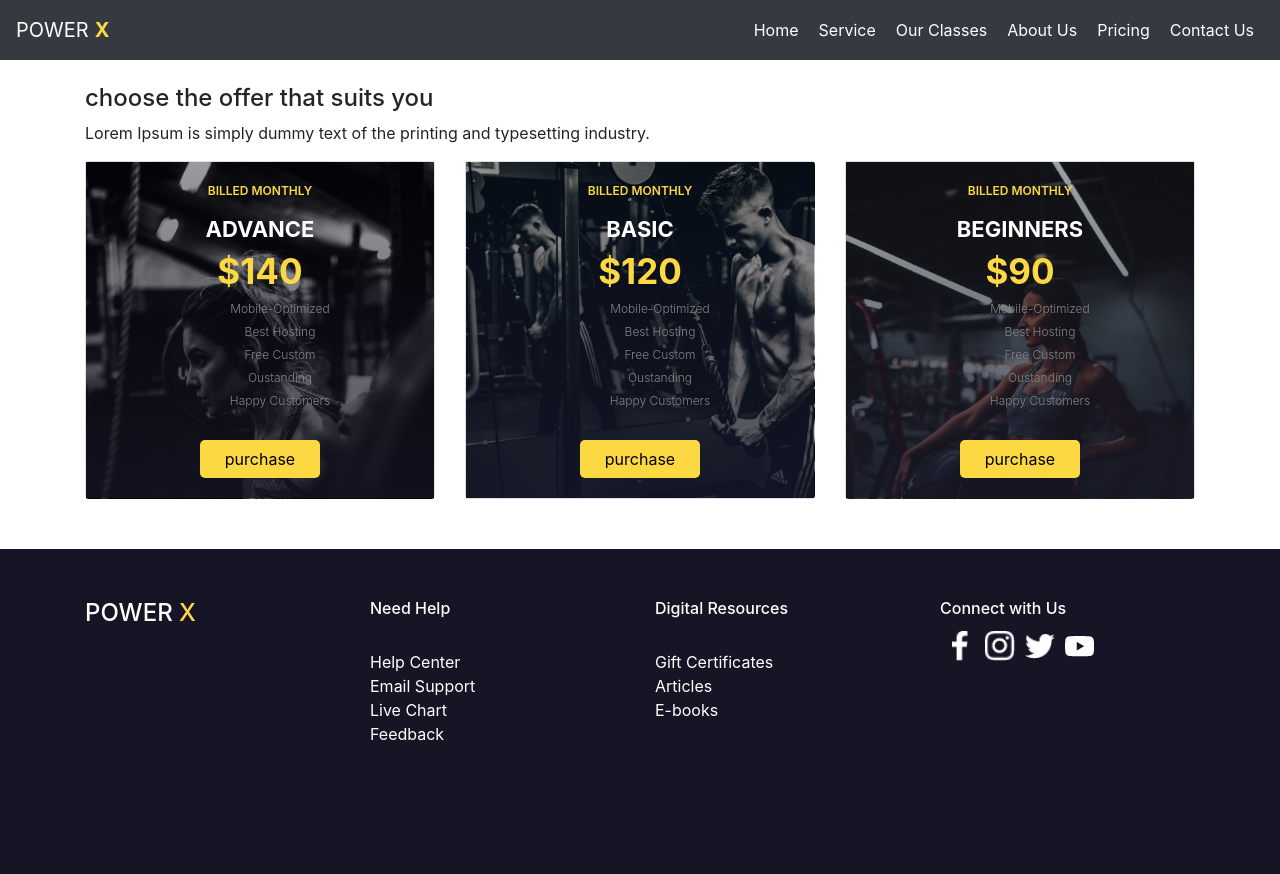
Repository: arif286/power-x-gym
Page: /pricing
An editor plug-in stored every save of this project. The page is shown before and after the next save, followed by the edit.
The browser window is 1280 px wide. The pictures show the whole page.
The project was rebuilt for these pictures with package versions that can differ from the ones it lists, and the page was loaded fresh each time. Also part of the build but not shown: src/components/Classes/Classes.js, src/components/About/About.js, src/components/ChooseUs/ChooseUs.js, src/components/Programs/Programs.css, src/components/Programs/Programs.js, src/components/WorkOut/WorkOut.css, src/components/WorkOut/WorkOut.js, src/components/Home/Home.js.

Above is the page before, as saved 2021-04-07 23:55:23.

### src/index.js
import React from 'react';
import ReactDOM from 'react-dom';
import App from './App';
import "./index.css";
import reportWebVitals from './reportWebVitals';
ReactDOM.render(
  <React.StrictMode>
    <App />
  </React.StrictMode>,
  document.getElementById('root')
);

// If you want to start measuring performance in your app, pass a function
// to log results (for example: reportWebVitals(console.log))
// or send to an analytics endpoint. Learn more: https://bit.ly/CRA-vitals
reportWebVitals();

### src/App.js
import "bootstrap/dist/css/bootstrap.min.css";
import React from 'react';
import { BrowserRouter as Router, Route, Switch } from "react-router-dom";
import Classes from "./components/Classes/Classes";
import Footer from "./components/Footer/Footer";
import Header from './components/Header/Header';
import Home from './components/Home/Home';
import PricingPlan from "./components/PricingPlan/PricingPlan";
function App() {
  return (
    <div>
      <Router>
        <Header />
        <Switch>
          <Route path="/home">
            <Home />
          </Route>
          <Route path="/classes">
            <Classes/>
          </Route>
          <Route path='/pricing'>
            <PricingPlan/>
          </Route>
          <Route exact path="/">
            <Home />
          </Route>
        </Switch>
        <Footer />
      </Router>
    </div>
  );
}

export default App;

### src/components/Footer/Footer.js
import React from "react";
import { Col, Container, Row } from "react-bootstrap";
import { NavLink } from "react-router-dom";
import Facebook from "../../power-x-gym/Image & Icon/bxl-facebook.png";
import Instagram from "../../power-x-gym/Image & Icon/bxl-instagram.png";
import Twitter from "../../power-x-gym/Image & Icon/bxl-twitter.png";
import YouTube from "../../power-x-gym/Image & Icon/bxl-youtube.png";
import "./Footer.css";
const Footer = () => {
  return (
    <footer>
      <Container>
        <Row className="footer-title">
          <Col xs={12} sm={6} md={3} className="pb-5">
            <h4 style={{ color: "white" }}>
              POWER <span style={{ color: "#fcd842" }}>X</span>
            </h4>
          </Col>
          <Col xs={12} sm={6} md={3} className="pb-5">
            <h6>Need Help</h6>
            <ul className="footer-link">
              <li>
                <NavLink className="company-list" to="/">
                  Help Center
                </NavLink>
              </li>
              <li>
                <NavLink className="company-list" to="/">
                  {" "}
                  Email Support
                </NavLink>
              </li>
              <li>
                <NavLink className="company-list" to="/">
                  Live Chart
                </NavLink>
              </li>
              <li>
                <NavLink className="company-list" to="/">
                  Feedback
                </NavLink>
              </li>
            </ul>
          </Col>
          <Col xs={12} sm={6} md={3} className="pb-5">
            <h6>Digital Resources</h6>
            <ul className="footer-link">
              <li>
                <NavLink className="company-list" to="/">
                  Gift Certificates
                </NavLink>
              </li>
              <li>
                <NavLink className="company-list" to="/">
                  Articles
                </NavLink>
              </li>
              <li>
                <NavLink className="company-list" to="/">
                  E-books
                </NavLink>
              </li>
            </ul>
          </Col>
          <Col xs={12} sm={6} md={3} className="pb-5">
            <h6>Connect with Us</h6>
            <div className="social-link">
              <p>
                <a href="/">
                  <img className="social-img" src={Facebook} alt="" />
                </a>
              </p>
              <p className="social-link">
                <a href="/">
                  <img className="social-img" src={Instagram} alt="" />
                </a>
              </p>
              <p>
                <a href="/">
                  <img className="social-img" src={Twitter} alt="" />
                </a>
              </p>
              <p>
                <a href="/">
                  <img className="social-img" src={YouTube} alt="" />
                </a>
              </p>
            </div>
          </Col>
        </Row>
      </Container>
    </footer>
  );
};

export default Footer;

### src/components/Header/Header.js
import React from "react";
import { Nav, Navbar } from "react-bootstrap";
import { NavLink } from "react-router-dom";
import './Header.css';
const Header = () => {
  return (
    <div>
      <Navbar bg="dark" variant="dark" expand="lg">
        <Navbar.Brand href="#home">
          POWER
          <span
            style={{ color: "#FCD842", marginLeft: "6px", fontWeight: 700 }}
          >
            X
          </span>
        </Navbar.Brand>
        <Navbar.Toggle aria-controls="basic-navbar-nav" />
        <Navbar.Collapse id="basic-navbar-nav">
          <Nav className="ml-auto">
            <NavLink className="header-link" to="/home">
              Home
            </NavLink>
            <NavLink className="header-link" to="#features">
              Service
            </NavLink>
            <NavLink className="header-link" to="/classes">
              Our Classes
            </NavLink>
            <NavLink className="header-link" to="/features">
              About Us
            </NavLink>
            <NavLink className="header-link" to="/pricing">
              Pricing
            </NavLink>
            <NavLink className="header-link" to="/pricing">
              Contact Us
            </NavLink>
          </Nav>
        </Navbar.Collapse>
      </Navbar>
      <br />
    </div>
  );
};

export default Header;

### src/components/PricingPlan/PricingPlan.js
import React from "react";
import { Card, Col, Container, Row } from "react-bootstrap";
import './PricingPlan.css';

const PricingPlan = () => {
  return (
    <Container>
      <h4>choose the offer that suits you</h4>
      <p>
        Lorem Ipsum is simply dummy text of the printing and typesetting
        industry.
      </p>
      <Row className="row-cols-1 row-cols-sm-3">
        <Col>
          <Card className="advance-plan price-card">
            <Card.Body>
              <p>billed monthly</p>
              <h6>advance</h6>
              <h6 style={{ color: "#fcd842", fontSize: "35px" }}>$140</h6>
              <ul className="price-plan">
                <li>Mobile-Optimized</li>
                <li>Best Hosting</li>
                <li>Free Custom</li>
                <li>Oustanding</li>
                <li>Happy Customers</li>
              </ul>
              <button className="purchase-btn">purchase</button>
            </Card.Body>
          </Card>
        </Col>
        <Col>
          <Card className="basic-plan price-card">
            <Card.Body>
              <p>billed monthly</p>
              <h6>basic</h6>
              <h6 style={{ color: "#fcd842", fontSize: "35px" }}>$120</h6>
              <ul className="price-plan">
                <li>Mobile-Optimized</li>
                <li>Best Hosting</li>
                <li>Free Custom</li>
                <li>Oustanding</li>
                <li>Happy Customers</li>
              </ul>
              <button className="purchase-btn">purchase</button>
            </Card.Body>
          </Card>
        </Col>
        <Col>
          <Card className="beginner-plan price-card">
            <Card.Body>
              <p>billed monthly</p>
              <h6>beginners</h6>
              <h6 style={{ color: "#fcd842", fontSize: "35px" }}>$90</h6>
              <ul className="price-plan">
                <li>Mobile-Optimized</li>
                <li>Best Hosting</li>
                <li>Free Custom</li>
                <li>Oustanding</li>
                <li>Happy Customers</li>
              </ul>
              <button className="purchase-btn">purchase</button>
            </Card.Body>
          </Card>
        </Col>
      </Row>
    </Container>
  );
};

export default PricingPlan;

### src/components/Footer/Footer.css
footer {
  background-color: #171426;
  padding-top: 50px;
  padding-bottom: 80px;
  margin-top: 50px;
}
.footer-link {
  list-style: none;
  display: inline;
}
.company-list {
  text-decoration: none;
  color: white;
}
.company-list:hover {
  color: hotpink;
  text-decoration: none;
}
.social-link {
  display: flex;
}

.social-img {
  width: 30px;
  height: 30px;
  object-fit: contain;
}

.social-link p {
  padding: 5px;
  display: inline;
}

.social-link p a img:hover {
  background-color: #257cc3;
}
.footer-title h6 {
  color: white;
}

### src/components/Header/Header.css
.header-link {
  text-decoration: none !important;
  color: white;
  padding: 10px;
}
.header-link:hover {
  color: gray;
}

### src/components/PricingPlan/PricingPlan.css
.advance-plan {
  background-image: linear-gradient(#0708115e, #151626c4),
    url("../../power-x-gym/Image & Icon/hipcravo-5UbIqV58CW8-unsplash.jpg");
  background-repeat: no-repeat;
  background-size: cover;
}
.basic-plan {
  background-image: linear-gradient(#0708115e, #151626c4),
    url("../../power-x-gym/Image & Icon/daniel-apodaca-WdoQio6HPVA-unsplash.jpg");
  background-repeat: no-repeat;
  background-size: cover;
}
.beginner-plan {
  background-image: linear-gradient(#0708115e, #151626c4),
    url("../../power-x-gym/Image & Icon/penguinuhh-8VI6WwEEEHw-unsplash.jpg");
  background-repeat: no-repeat;
  background-size: cover;
}
.price-card {
  text-align: center;
}
.price-card p {
  color: #fcd842;
  text-transform: uppercase;
  font-size: 12px;
  font-weight: 600;
}

.price-card h6 {
  color: white;
  text-transform: uppercase;
  font-weight: 700;
  font-size: 22px;
}
.price-plan {
  list-style: none;
  margin-bottom: 25px;
  text-align: center;
  overflow: hidden;
}
.price-plan li {
  color: #868484;
  font-size: 12px;
  font-weight: 300;
  padding-bottom: 5px;
}
.purchase-btn {
  outline: none;
  padding: 7px 25px;
  border: none;
  background-color: #fcd842;
  border-radius: 5px;
  /* width: 120px; */
}

Loaded but not shown: public/index.html (common file); src/index.css (common file); src/reportWebVitals.js (common file)

After the next save:
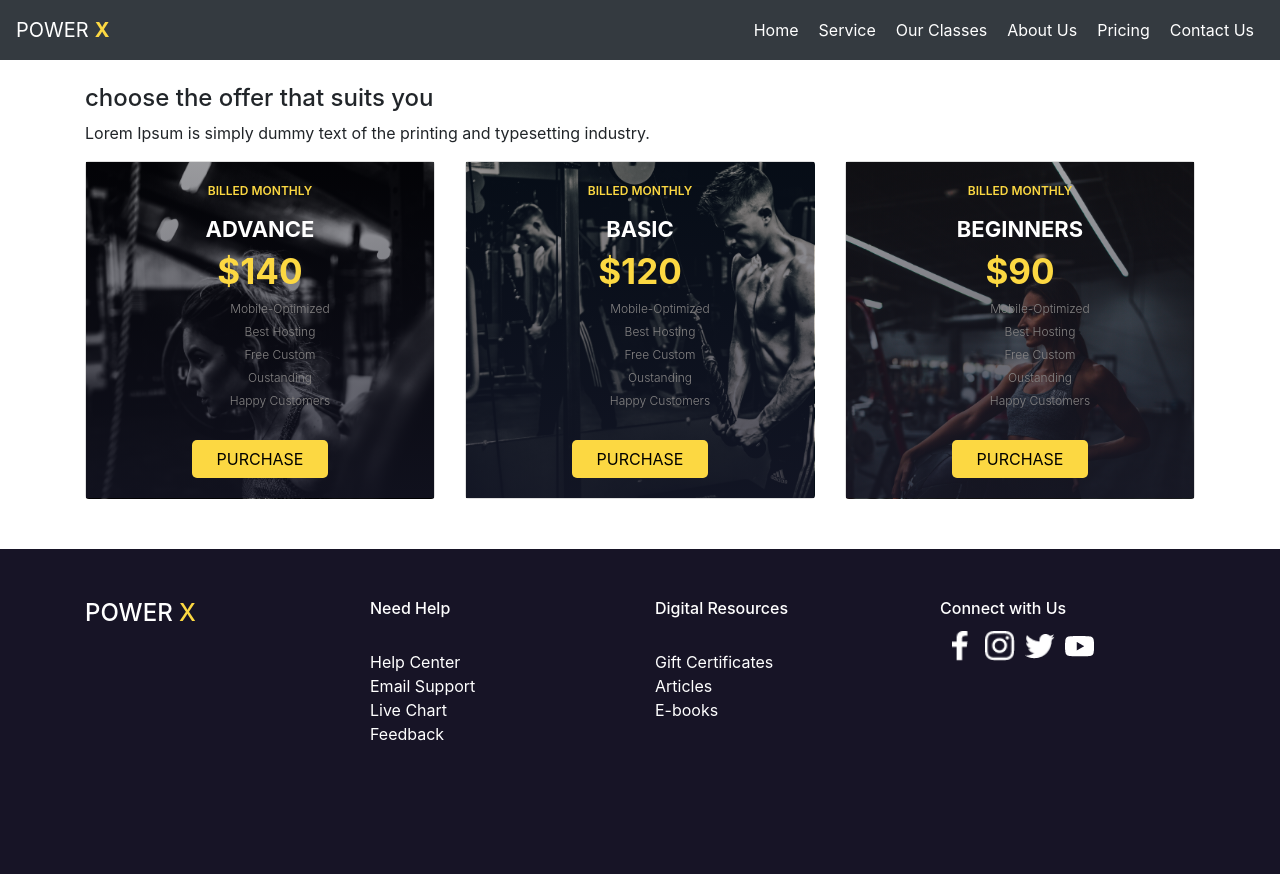
Saved 23 s later.
--- a/src/components/PricingPlan/PricingPlan.css
+++ b/src/components/PricingPlan/PricingPlan.css
@@ -50,5 +50,5 @@
   border: none;
   background-color: #fcd842;
   border-radius: 5px;
-  /* width: 120px; */
+  text-transform: uppercase;
 }
